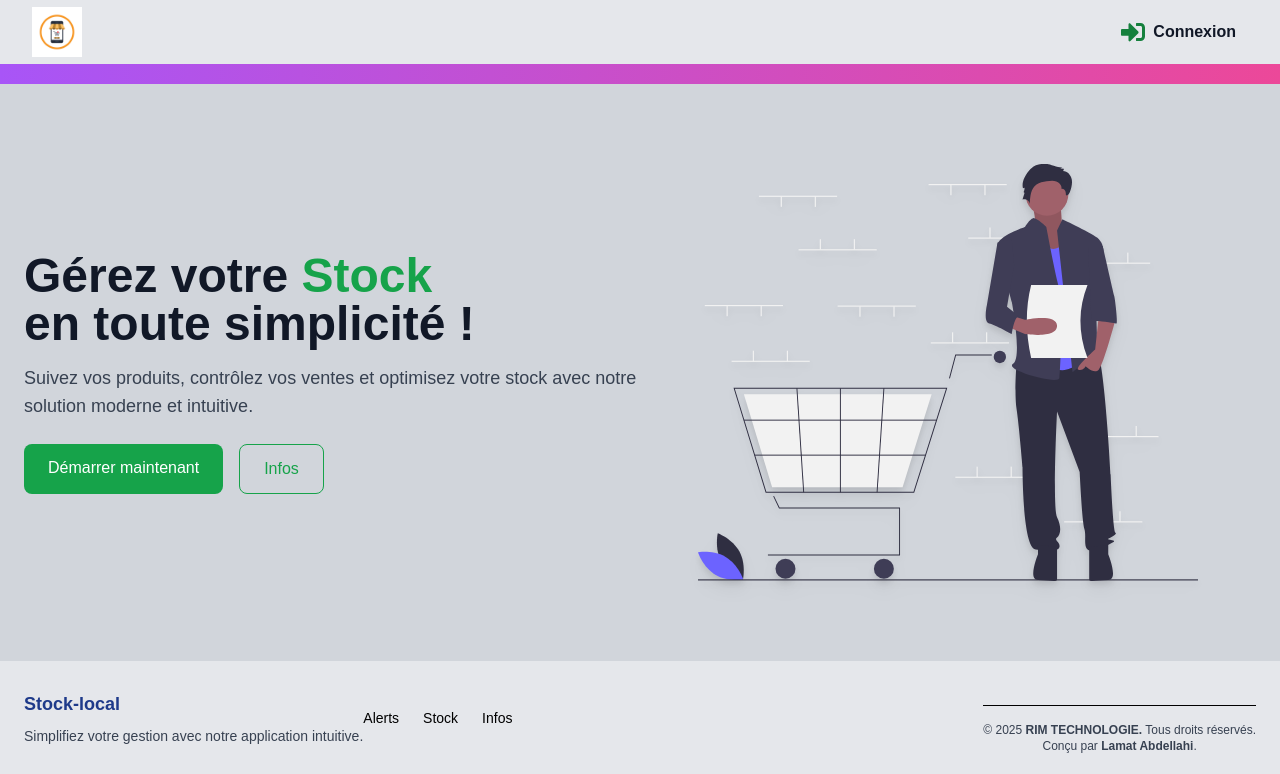
Repository: lamatmed/stock-mr
Page: /
The author's editor kept a copy of each file at every save. The page is drawn from the files as they stood at one save, then again after a run of saves.
The browser window is 1280 px wide. The pictures show the whole page.
The page's requests for data from a server got no answer. The project was rebuilt for these pictures with package versions that can differ from the ones it lists, and the page was loaded fresh each time. Some packages were replaced by stand-ins written for this rebuild. The framework's server and built-in components were replaced by stand-ins that run in the browser. No one was signed in, and anything a server would have sent is missing. Also part of the build but not shown: next.config.ts.

Above is the page before, as saved 2025-03-30 19:17:18.

After the next 2 saves:
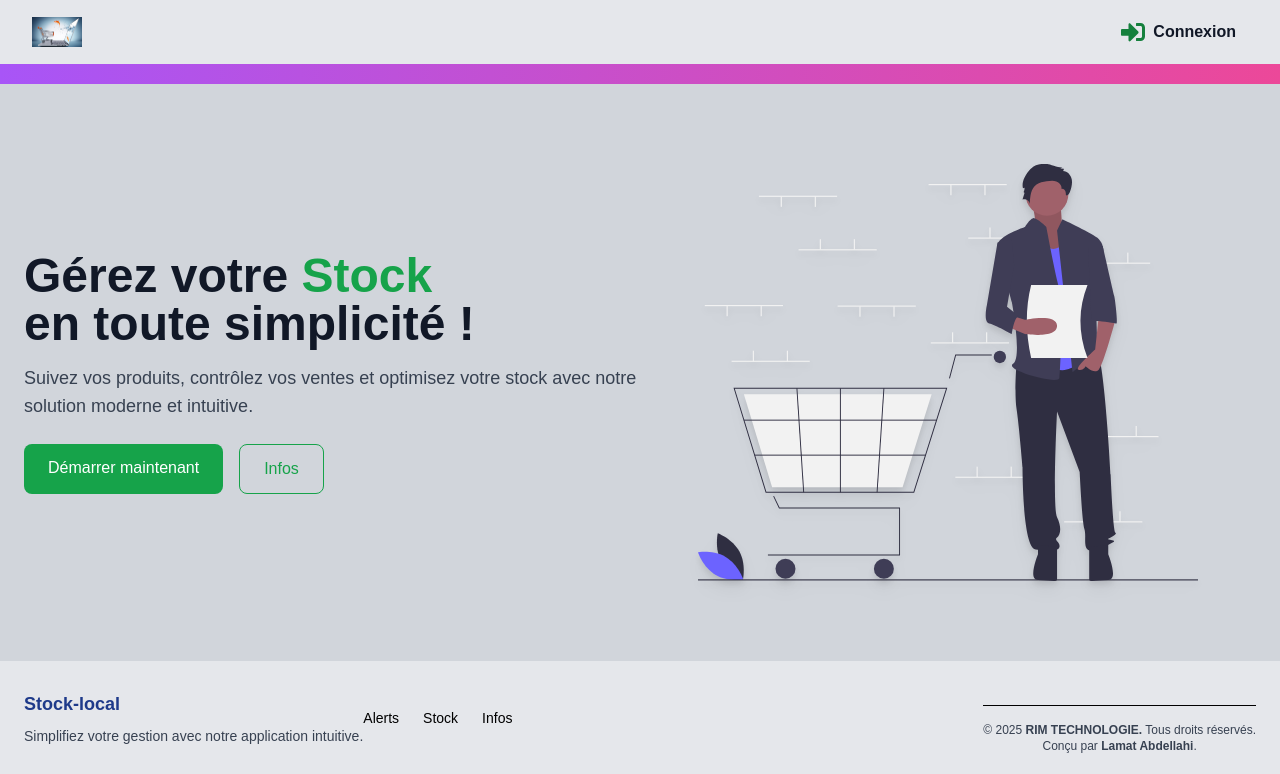
The 2 saves are shown as one change because they came seconds apart.
The last was saved 14 days later.
--- a/app/components/Header.tsx
+++ b/app/components/Header.tsx
@@ -2,7 +2,7 @@
 import { useState, useEffect } from "react";
 import Image from "next/image";
 import Link from "next/link";
-import logo from "../../public/lok.jpg";
+import logo from "../../public/R.jpg";
 import { FaSignInAlt, FaSignOutAlt, FaBars, FaTimes, FaProductHunt, FaFileInvoiceDollar, FaUserTie } from "react-icons/fa";
 import { LuLayoutDashboard } from "react-icons/lu";
 import { MdAddBox, MdProductionQuantityLimits } from "react-icons/md";

After the save that followed:
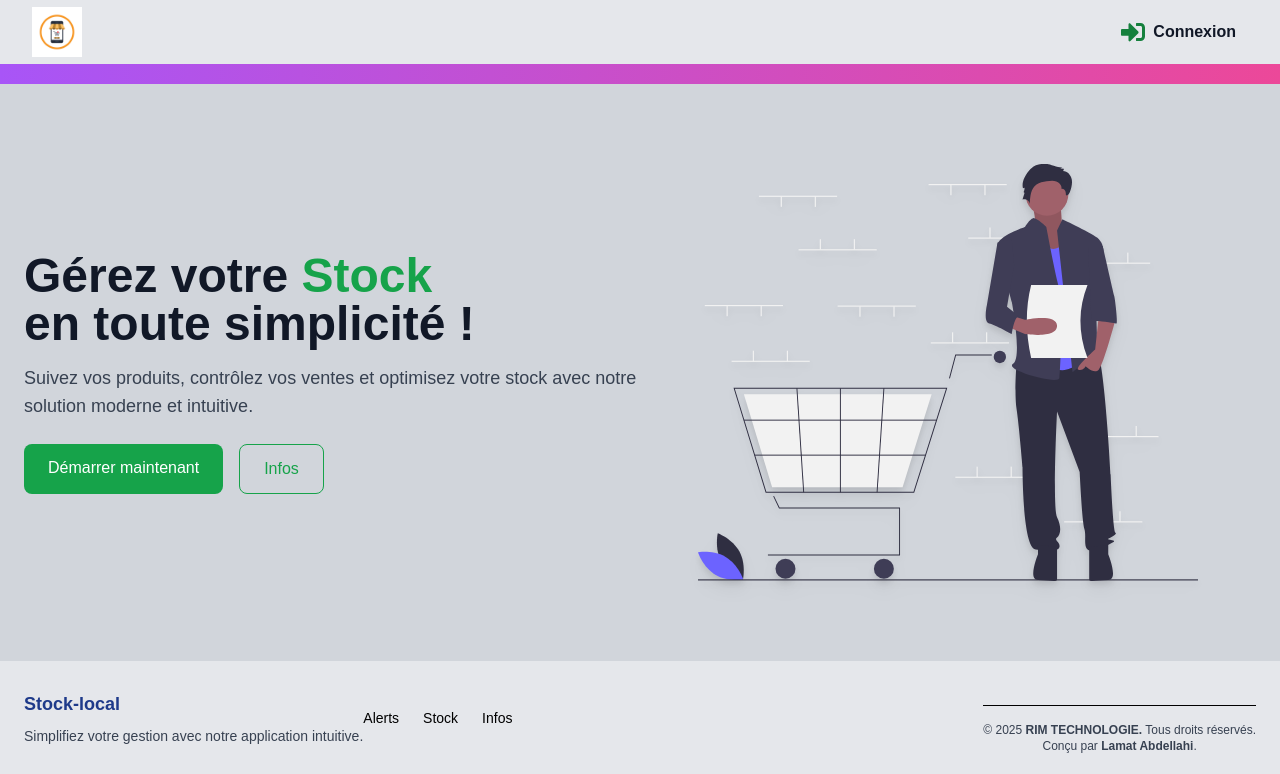
Saved 18 s later.
--- a/app/components/Header.tsx
+++ b/app/components/Header.tsx
@@ -2,7 +2,7 @@
 import { useState, useEffect } from "react";
 import Image from "next/image";
 import Link from "next/link";
-import logo from "../../public/R.jpg";
+import logo from "../../public/lok.jpg";
 import { FaSignInAlt, FaSignOutAlt, FaBars, FaTimes, FaProductHunt, FaFileInvoiceDollar, FaUserTie } from "react-icons/fa";
 import { LuLayoutDashboard } from "react-icons/lu";
 import { MdAddBox, MdProductionQuantityLimits } from "react-icons/md";
